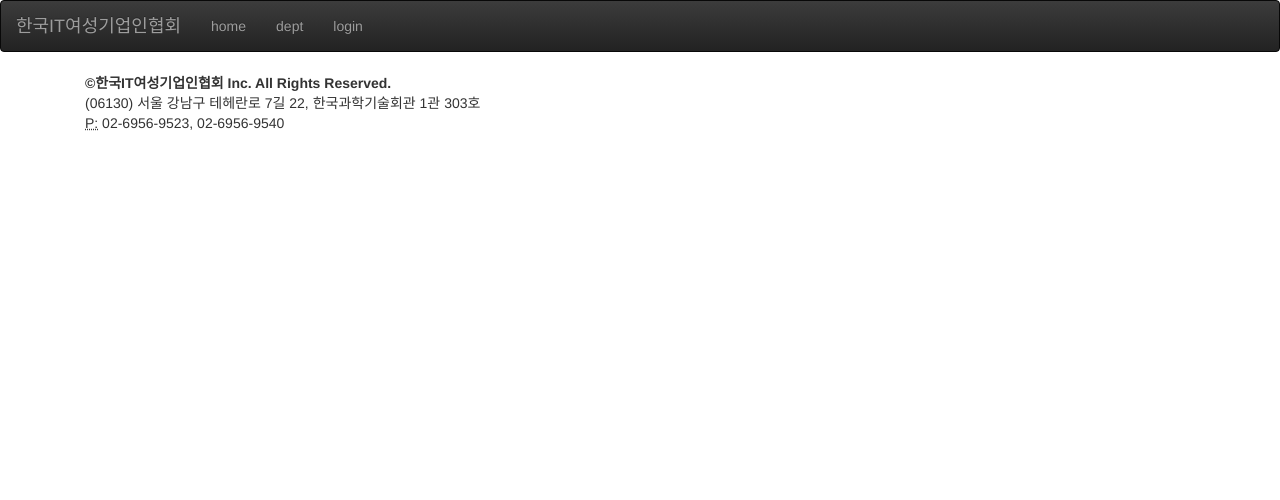
Repository: minho00123/sw-professional-training
Page: http://localhost/sts06/WEB-INF/views/index.jsp
These files come from the project's save history. The page is drawn as it stood at one moment and after the next save; the edit follows.
The browser window is 1280 px wide. The pictures show the whole page.
The page is served by Tomcat 9. Nobody is signed in. Other server files are loaded and not shown. The template is opened directly, without the code that normally fills it, so the values that code supplies are empty.

Above is the page before, as saved 2025-05-20 06:54:13.
Console error (its wording comes from the project's code and is left out).

### stsWorkspace/sts06/src/main/webapp/WEB-INF/views/index.jsp
<%@ page language="java" contentType="text/html; charset=UTF-8"
	pageEncoding="UTF-8"%>
<!DOCTYPE html>
<html>
<head>
<meta charset="UTF-8">
<title>Insert title here</title>
<%@ include file="./layout/header.jspf"%>
</head>
<body>
	<%@ include file="./layout/menu.jspf"%>

	<%@ include file="./layout/footer.jspf"%>
</body>
</html>

### stsWorkspace/sts06/src/main/webapp/WEB-INF/views/layout/header.jspf
<%@ page language="java" contentType="text/html; charset=UTF-8"
    pageEncoding="UTF-8"%>
<%@ taglib prefix="c" uri="http://java.sun.com/jsp/jstl/core"%>
<!-- Latest compiled and minified CSS -->
<link rel="stylesheet"
	href="https://cdn.jsdelivr.net/npm/bootstrap@3.4.1/dist/css/bootstrap.min.css"
	integrity="sha384-HSMxcRTRxnN+Bdg0JdbxYKrThecOKuH5zCYotlSAcp1+c8xmyTe9GYg1l9a69psu"
	crossorigin="anonymous">

<!-- Optional theme -->
<link rel="stylesheet"
	href="https://cdn.jsdelivr.net/npm/bootstrap@3.4.1/dist/css/bootstrap-theme.min.css"
	integrity="sha384-6pzBo3FDv/PJ8r2KRkGHifhEocL+1X2rVCTTkUfGk7/0pbek5mMa1upzvWbrUbOZ"
	crossorigin="anonymous">

<!-- Latest compiled and minified JavaScript -->
<script
	src="https://cdn.jsdelivr.net/npm/bootstrap@3.4.1/dist/js/bootstrap.min.js"
	integrity="sha384-aJ21OjlMXNL5UyIl/XNwTMqvzeRMZH2w8c5cRVpzpU8Y5bApTppSuUkhZXN0VxHd"
	crossorigin="anonymous"></script>

<!-- jQuery (necessary for Bootstrap's JavaScript plugins) -->
<script src="https://code.jquery.com/jquery-1.12.4.min.js"
	integrity="sha384-nvAa0+6Qg9clwYCGGPpDQLVpLNn0fRaROjHqs13t4Ggj3Ez50XnGQqc/r8MhnRDZ"
	crossorigin="anonymous"></script>

### stsWorkspace/sts06/src/main/webapp/WEB-INF/views/layout/menu.jspf
<%@ page language="java" contentType="text/html; charset=UTF-8"
    pageEncoding="UTF-8"%>
<nav class="navbar navbar-inverse">
		<div class="container-fluid">
			<div class="navbar-header">
				<a class="navbar-brand" href="${pageContext.request.contextPath }/">
					한국IT여성기업인협회 </a>
			</div>
			<div class="collapse navbar-collapse"
				id="bs-example-navbar-collapse-1">
				<ul class="nav navbar-nav">
					<li><a href="${pageContext.request.contextPath }/">home</a></li>
					<li><a href="${pageContext.request.contextPath }/dept/">dept</a></li>
					<li><a href="${pageContext.request.contextPath }/login/">login</a></li>
				</ul>
			</div>
		</div>
	</nav>
	<div class="container">
		<div class="col-md-12">
			<!-- begin -->

### stsWorkspace/sts06/src/main/webapp/WEB-INF/views/layout/footer.jspf
<%@ page language="java" contentType="text/html; charset=UTF-8"
    pageEncoding="UTF-8"%>
			<!-- end -->
		</div>
		<div class="col-md-12">
			<address>
				<strong>©한국IT여성기업인협회 Inc. All Rights Reserved.</strong><br>
				(06130) 서울 강남구 테헤란로 7길 22, 한국과학기술회관 1관 303호 <br> <abbr
					title="Phone">P:</abbr> 02-6956-9523, 02-6956-9540
			</address>
		</div>
	</div>

After the next save:
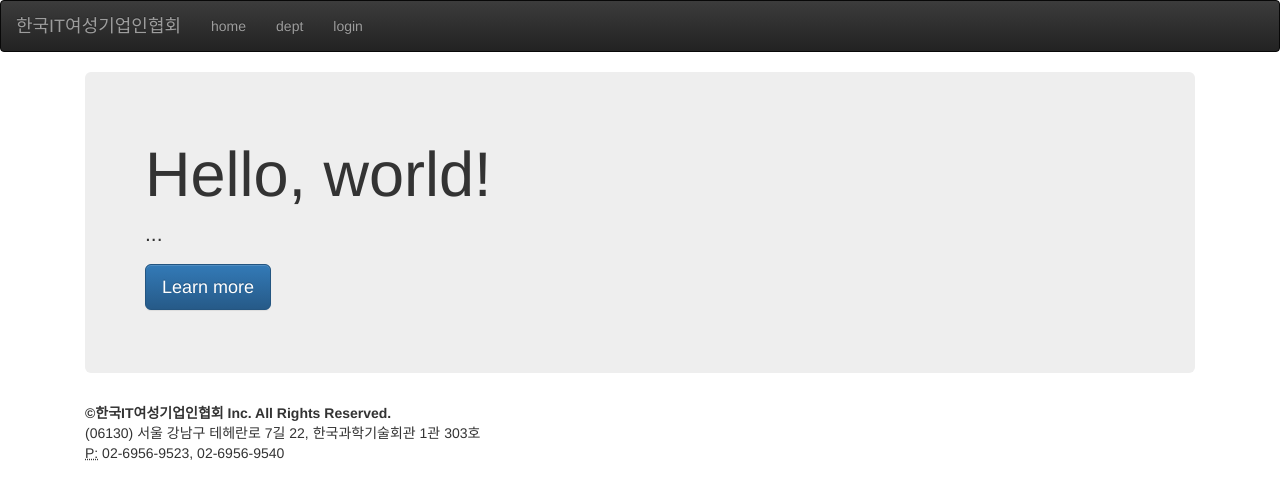
Saved 21 s later.
--- a/stsWorkspace/sts06/src/main/webapp/WEB-INF/views/index.jsp
+++ b/stsWorkspace/sts06/src/main/webapp/WEB-INF/views/index.jsp
@@ -9,7 +9,14 @@
 </head>
 <body>
 	<%@ include file="./layout/menu.jspf"%>
-
+	<div class="jumbotron">
+		<h1>Hello, world!</h1>
+		<p>...</p>
+		<p>
+			<a class="btn btn-primary btn-lg" href="#" role="button">Learn
+				more</a>
+		</p>
+	</div>
 	<%@ include file="./layout/footer.jspf"%>
 </body>
 </html>
